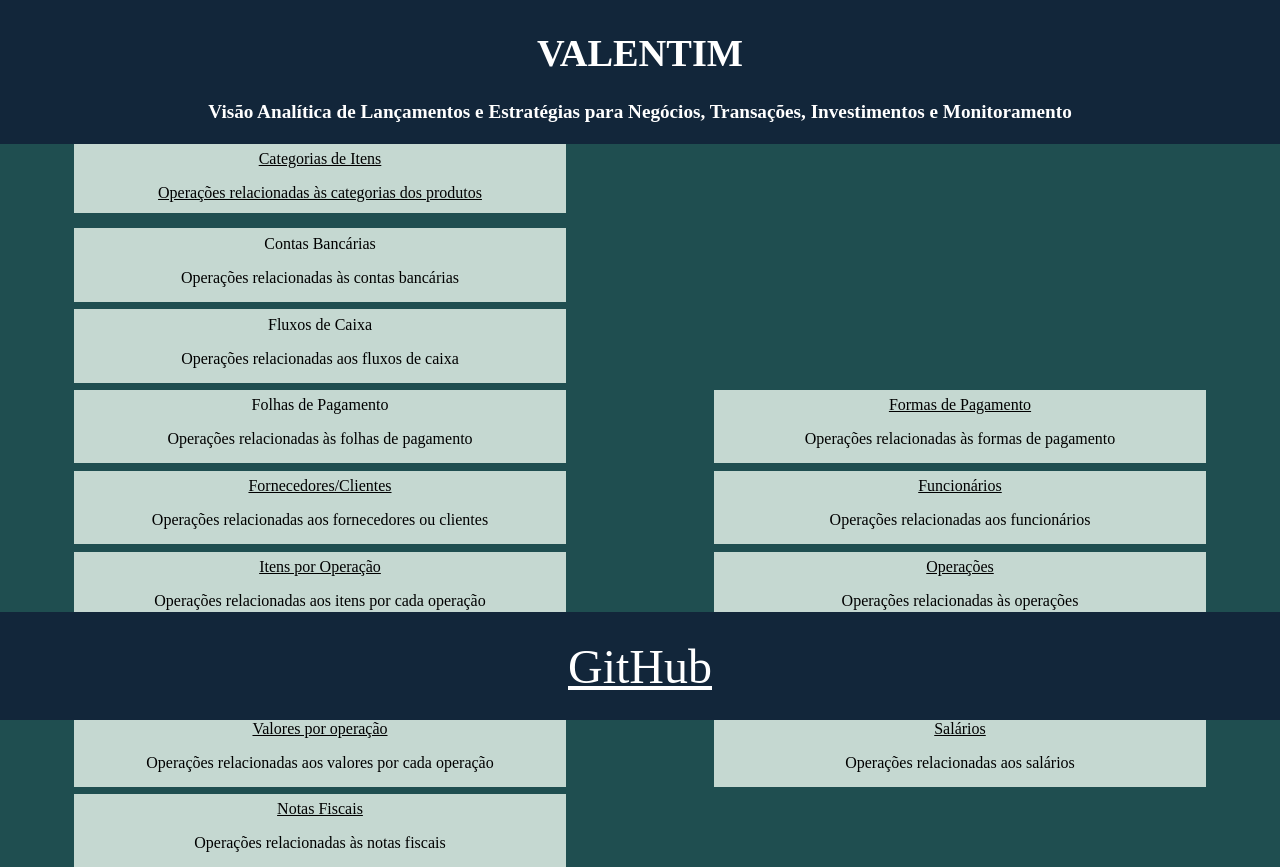
Repository: Matheus-Lacerda009/ERP-Financeiro
Page: Front/menu/menu.html
The author's editor kept a copy of each file at every save. The page is drawn from the files as they stood at one save, then again after a run of saves.
The browser window is 1280 px wide. The pictures show the whole page.

Above is the page before, as saved 2026-07-13 19:11:58.

After the next 2 saves:
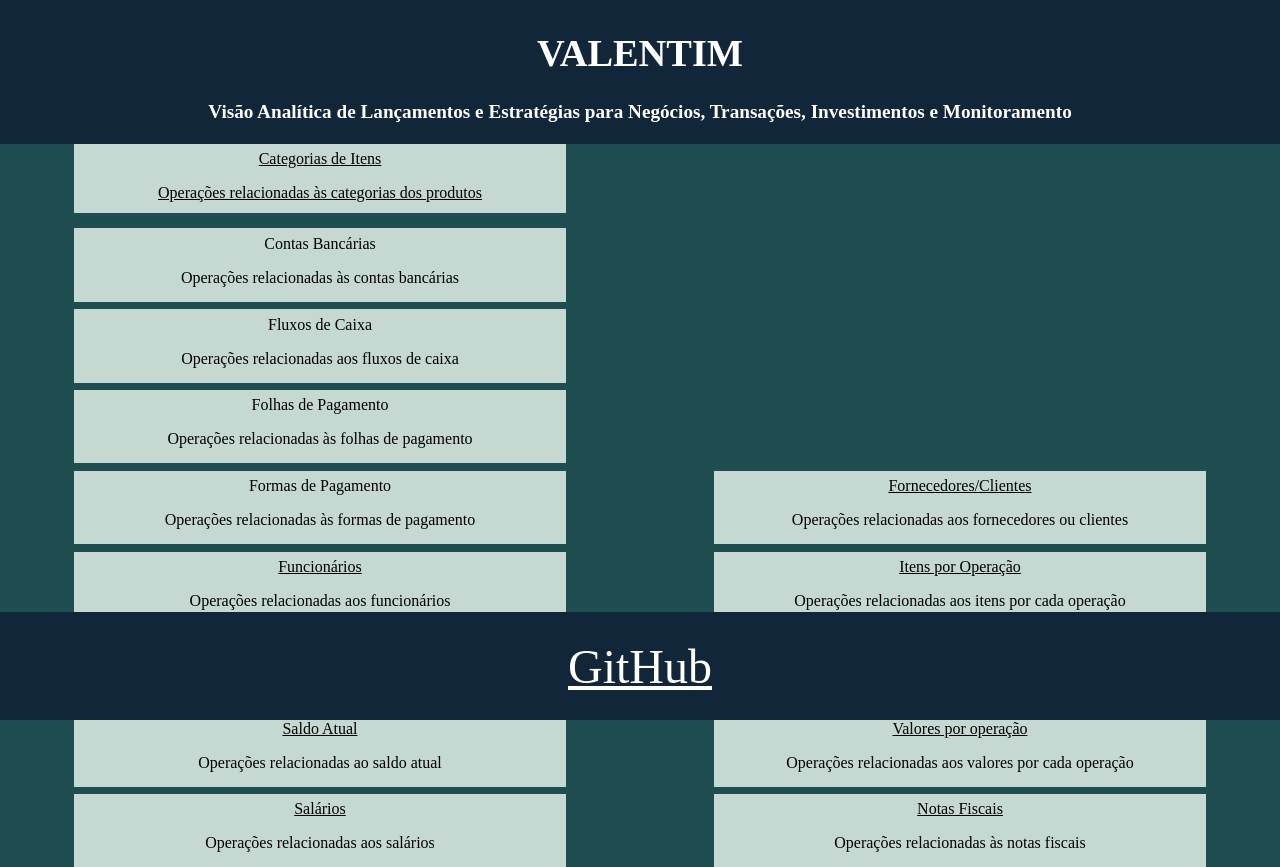
The 2 saves are shown as one change because they came seconds apart.
The last was saved 7 s later.
--- a/Front/menu/menu.html
+++ b/Front/menu/menu.html
@@ -35,8 +35,9 @@
                 Folhas de Pagamento</a>
                 <p>Operações relacionadas às folhas de pagamento</p>
             </div>
+            <a href="../forma_pagamento/forma_pagamento.html" class="links"></a>
             <div class="divEntidades">
-                <a href="../forma_pagamento/forma_pagamento.html" class="links">Formas de Pagamento</a>
+                Formas de Pagamento</a>
                 <p>Operações relacionadas às formas de pagamento</p>
             </div>
             <div class="divEntidades">
